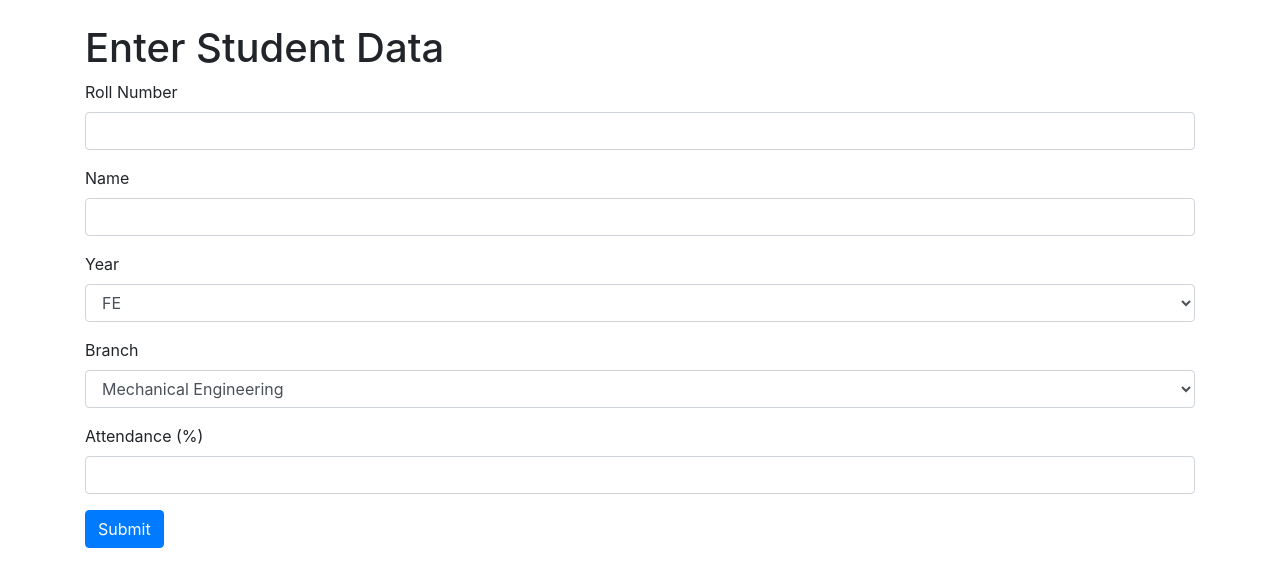
Repository: supranshu/CrystalReportGenerator
Page: http://localhost/enter_data
These files come from the project's save history. The page is drawn as it stood at one moment and after the next save; the edit follows.
The browser window is 1280 px wide. The pictures show the whole page.
The page is this project's Thymeleaf template; nobody is signed in. The template is opened directly, without the code that normally fills it, so the values that code supplies are empty.

Above is the page before, as saved 2023-07-18 16:16:25.

### com.report/src/main/resources/templates/enter_data.html
<!DOCTYPE html>
<html xmlns:th="http://www.thymeleaf.org">
<head>
    <meta charset="UTF-8">
    <title>Enter Student Data</title>
    <link rel="stylesheet" href="https://maxcdn.bootstrapcdn.com/bootstrap/4.5.2/css/bootstrap.min.css">
</head>
<body>
    <div class="container mt-4">
        <h1>Enter Student Data</h1>
        <form th:action="@{/save-student}" method="post">
            <div class="form-group">
                <label for="rollNumber">Roll Number</label>
                <input type="number" class="form-control" id="rollNumber" name="rollNumber" required>
            </div>
            <div class="form-group">
                <label for="name">Name</label>
                <input type="text" class="form-control" id="name" name="name" required>
            </div>
            <div class="form-group">
                <label for="year">Year</label>
                <select class="form-control" id="year" name="year" required>
                    <option value="SE">FE</option>
                    <option value="FE">SE</option>
                    <option value="BE">TE</option>
                    <option value="TE">BE</option>
                </select>
            </div>
            <div class="form-group">
                <label for="branch">Branch</label>
                <select class="form-control" id="branch" name="branch" required>
                    <option value="MechanicalEngineering">Mechanical Engineering</option>
                    <option value="ElectricalEngineering">Electrical Engineering</option>
                    <option value="ComputerScience">Computer Science Engineering</option>
                    <option value="CivilEngineering">Civil Engineering</option>
                    <option value="InformationTechnology">Information Technology Engineering</option>
                </select>
            </div>
            <div class="form-group">
                <label for="attendance">Attendance (%)</label>
                <input type="text" class="form-control" id="attendance" name="attendance" required>
            </div>
            <button type="submit" class="btn btn-primary">Submit</button>
        </form>
    </div>
</body>
</html>

After the next save:
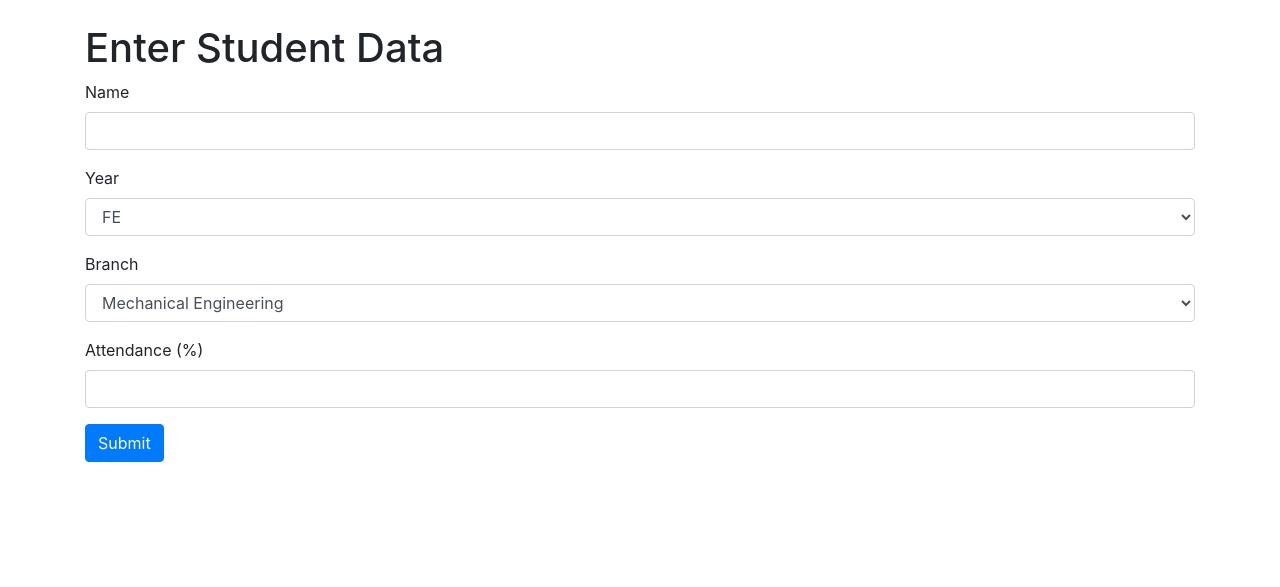
Saved 8 min 29 s later.
--- a/com.report/src/main/resources/templates/enter_data.html
+++ b/com.report/src/main/resources/templates/enter_data.html
@@ -9,10 +9,7 @@
     <div class="container mt-4">
         <h1>Enter Student Data</h1>
         <form th:action="@{/save-student}" method="post">
-            <div class="form-group">
-                <label for="rollNumber">Roll Number</label>
-                <input type="number" class="form-control" id="rollNumber" name="rollNumber" required>
-            </div>
+
             <div class="form-group">
                 <label for="name">Name</label>
                 <input type="text" class="form-control" id="name" name="name" required>
